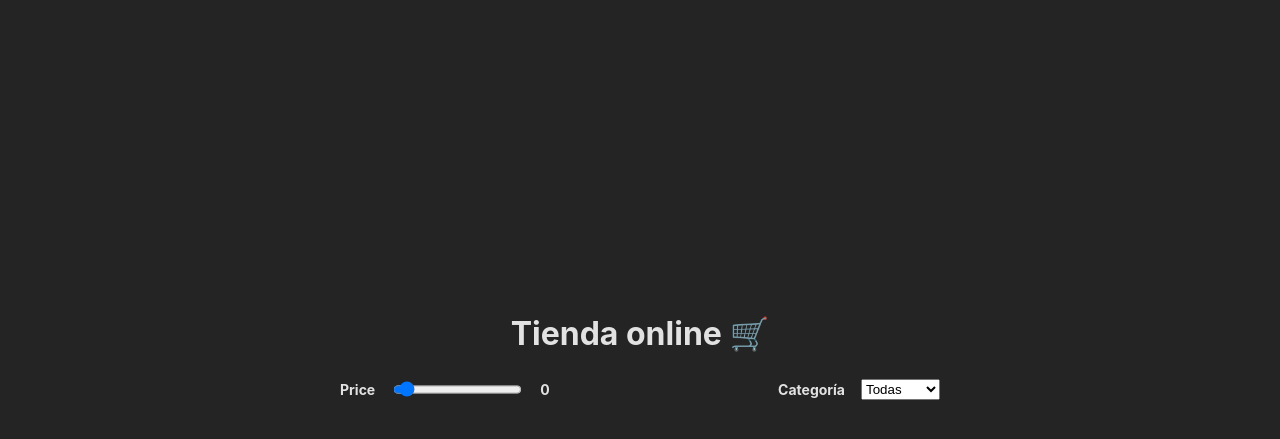
Repository: drsamame/reducer-context
Page: /
These files come from the project's save history. The page is drawn as it stood at one moment and after the next save; the edit follows.
The browser window is 1280 px wide. The pictures show the whole page.
The project was rebuilt for these pictures with package versions that can differ from the ones it lists, and the page was loaded fresh each time. Also part of the build but not shown: vite.config.js, src/components/Icons.jsx, src/components/Footer.css, src/components/Footer.jsx.

Above is the page before, as saved 2024-02-08 12:42:38.

### src/App.jsx
import { Products } from './components/Products'
import { Header } from './components/Header'
import { Footer } from './components/Footer'
import { products } from './mocks/products.json'
import { useState } from 'react'

function useFilters() {
  const [filters, setFilters] = useState({
    price: 1000,
    category: 'all'
  })

  const filteredProducts = () => {
    return products.filter((product) => {
      return (
        product.price >= filters.price && product.category === filters.category
      )
    })
  }

  return {
    filters,
    setFilters,
    filteredProducts
  }
}
function App() {
  const { filters, setFilters, filteredProducts } = useFilters()

  return (
    <>
      {filteredProducts}
      <Header changeFilters={setFilters} />
      <Products products={filteredProducts()} />
    </>
  )
}

export default App

### src/components/Products.jsx
import './Products.css'
import { AddToCartIcon } from './Icons'

export function Products ({ products }) {
  return (
    <main className='products'>
      <ul>
        {products?.map((item) => {
          return (
            <li key={item.id}>
              <img src={item.thumbnail} alt={item.title} />
              <div>
                <strong>{item.title}</strong> - ${item.price}
              </div>
              <div>
                <button>
                  <AddToCartIcon />
                </button>
              </div>
            </li>
          )
        })}
      </ul>
    </main>
  )
}

### src/components/Header.jsx
import { Filters } from './Filters'
export function Header ({ changeFilters }) {
  return (
    <header>
      <h1>Tienda online 🛒 </h1>
      <Filters onChange={changeFilters} />
    </header>
  )
}

### src/components/Products.css
.products {
    width: 100%;
    display: flex;
    justify-content: center;
    align-items: center;
  }

  .products ul {
    display: grid;
    grid-template-columns: repeat(
      auto-fit,
      minmax(
        200px,
        1fr
      )
    );
    gap: 1rem;
  }

  .products li {
    display: flex;
    flex-direction: column;
    gap: 1rem;
    box-shadow: 0 0 10px 10px rgba(0, 0, 0, .1);
    border-radius: 4px;
    background: #111;
    color: #fff;
    padding: 1rem;
  }

  .products h3 {
    margin: 0;
  }

  .products span {
    font-size: 1rem;
    opacity: .9;
  }

  .products img {
    border-radius: 4px;
    width: 100%;
    aspect-ratio: 16/9;
    display: block;
    object-fit: cover;
    background: #fff;
  }

### src/components/Filters.jsx
import './Filters.css'
import { useState, useId } from 'react'

export function Filters({ onChange }) {
  const [minPrice, setMinPrice] = useState(0)
  const minPriceFilterID = useId()
  const categoryId = useId()

  const handleChangeMinPrice = (e) => {
    setMinPrice(e.target.value)
    onChange((prevState) => {
      return { ...prevState, price: e.target.value }
    })
  }
  const handleChangeCategory = (e) => {
    onChange((prevState) => {
      return { ...prevState, category: e.target.value }
    })
  }
  return (
    <section className='filters'>
      <div>
        <label htmlFor={minPriceFilterID}>Price</label>
        <input
          type='range'
          id={minPriceFilterID}
          min='0'
          max='1000'
          onChange={handleChangeMinPrice}
        />
        <span>{minPrice}</span>
      </div>
      <div>
        <label htmlFor={categoryId}>Categoría</label>
        <select onChange={handleChangeCategory} id={categoryId}>
          <option value='all'>Todas</option>
          <option value='laptops'>Portátiles</option>
          <option value='smartphones'>Celulares</option>
        </select>
      </div>
    </section>
  )
}

Loaded but not shown: index.html (common file); src/main.jsx (common file); src/index.css (common file); src/mocks/products.json (common file); src/components/Filters.css (common file)

After the next save:
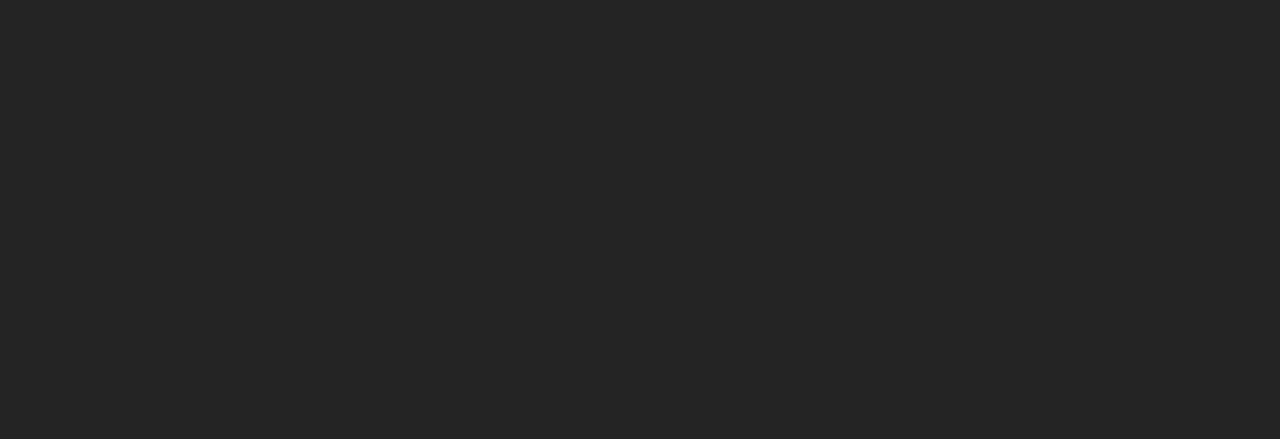
Console error (its wording comes from the project's code and is left out).
Saved 6 s later.
--- a/src/App.jsx
+++ b/src/App.jsx
@@ -29,7 +29,7 @@
 
   return (
     <>
-      {filteredProducts}
+      {filters}
       <Header changeFilters={setFilters} />
       <Products products={filteredProducts()} />
     </>

After the 2 saves that followed:
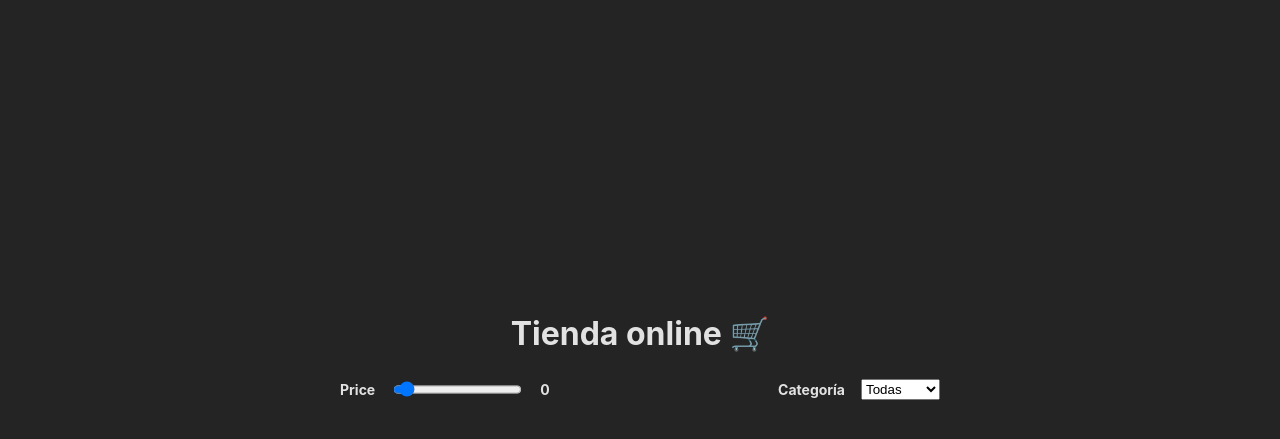
The error is gone.
The 2 saves are shown as one change because 1 left the picture as it was.
The last was saved 2 min 15 s later.
--- a/src/App.jsx
+++ b/src/App.jsx
@@ -29,7 +29,6 @@
 
   return (
     <>
-      {filters}
       <Header changeFilters={setFilters} />
       <Products products={filteredProducts()} />
     </>
